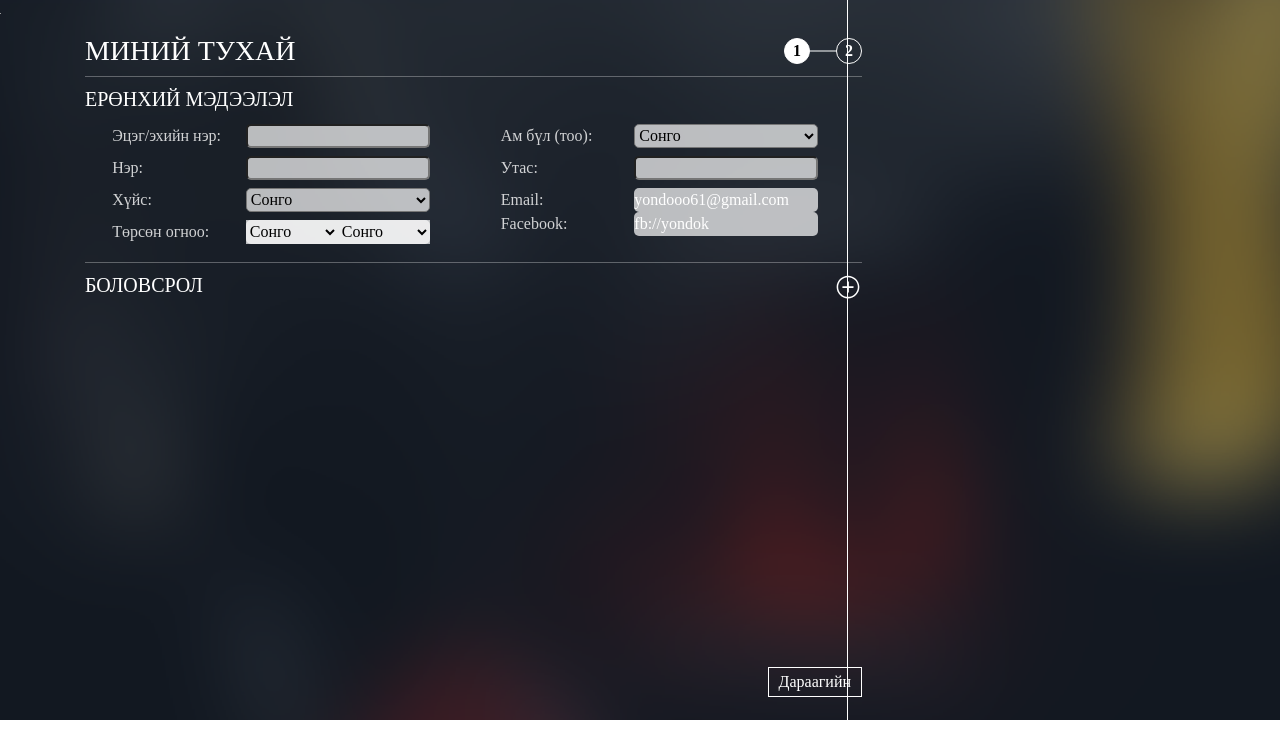
Repository: Yondo202/svProject
Page: /
An editor plug-in stored every save of this project. The page is shown before and after the next save, followed by the edit.
The browser window is 1280 px wide. The pictures show the whole page.
The project was rebuilt for these pictures with package versions that can differ from the ones it lists, and the page was loaded fresh each time. The framework's server and built-in components were replaced by stand-ins that run in the browser. Also part of the build but not shown: next.config.js, style/style.scss.

Above is the page before, as saved 2020-11-20 02:10:47.

After the next save:
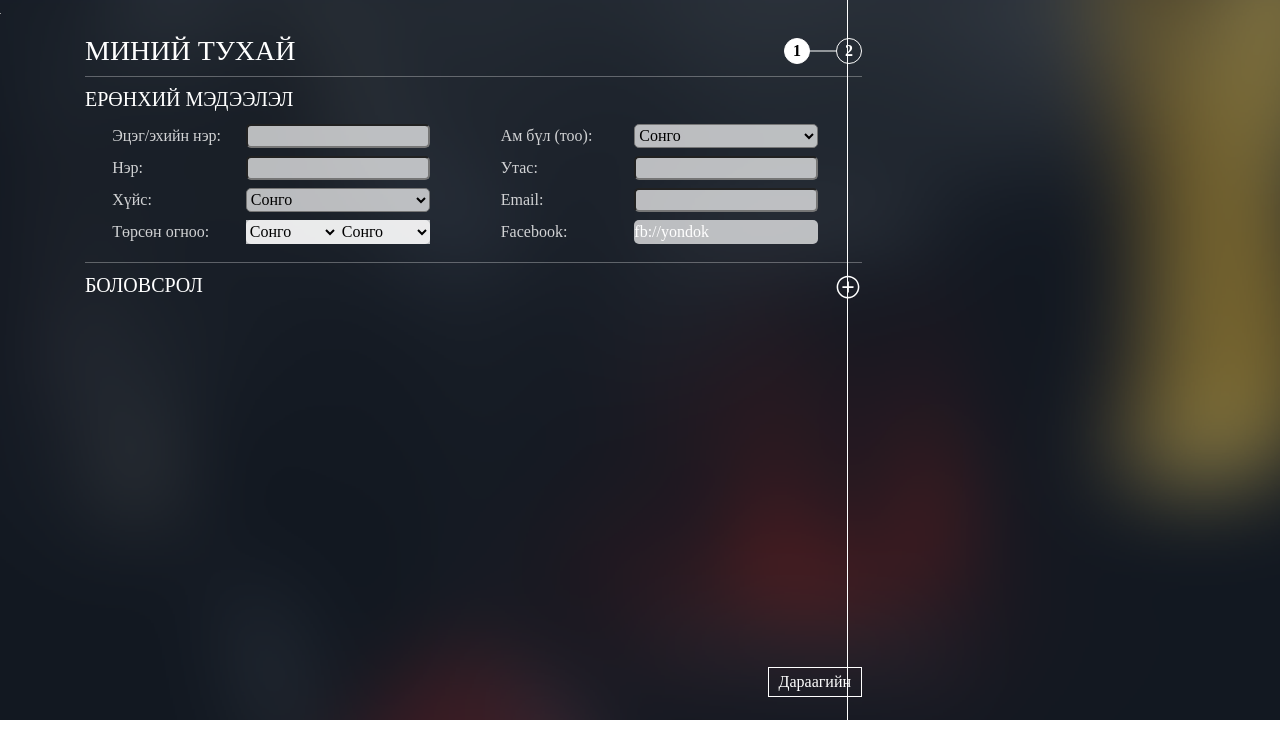
Saved 69 s later.
--- a/components/form1.js
+++ b/components/form1.js
@@ -124,8 +124,8 @@ function form1() {
                         <input className="getinput val" type="number" name="phone" />
                     </div>
                     <div className="main-info">
-                        <span className="B">Email:</span>
-                        <span className="val">yondooo61@gmail.com</span>
+                        <label className="B">Email:</label>
+                        <input className="getinput val" type="number" name="email" />
                     </div>
                     <div className="main-info">
                         <span className="B">Facebook:</span>
